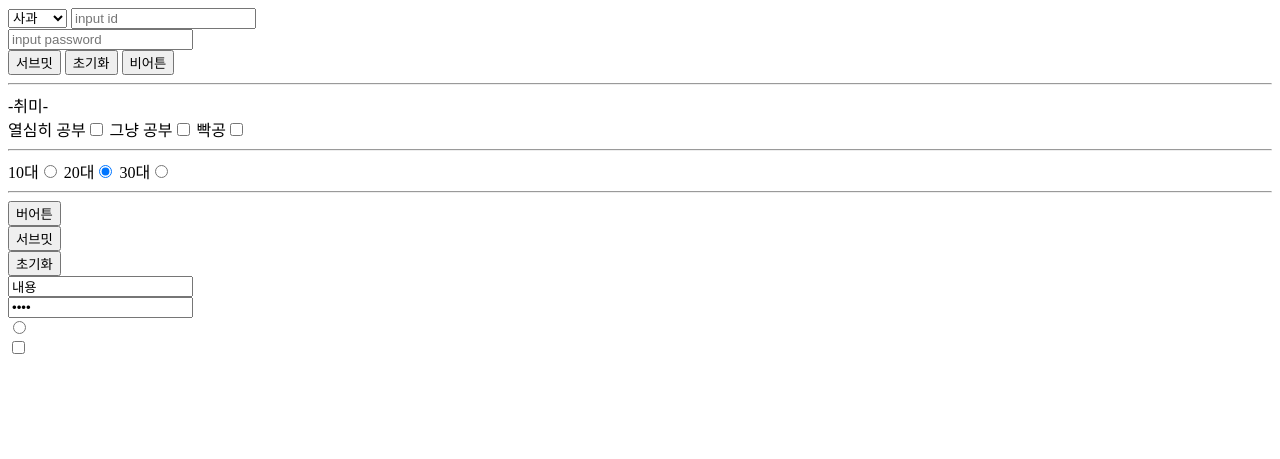
Repository: jwlee0714/HTML
Page: html/day02.html
An editor plug-in stored every save of this project. The page is shown before and after the next save, followed by the edit.
The browser window is 1280 px wide. The pictures show the whole page.

Above is the page before, as saved 2021-10-05 07:43:49.

### html/day02.html
<!DOCTYPE html>
<html>
<head>
<meta charset="UTF-8">
<title>Insert title here</title>
</head>
<body>

	<form action="day01.html" method="get">
		<select name ="select">
			<option value="p1">사과
			<option value="p2">바나나
			<option value="p3">배
		</select>
		<input type="text" name ="id" placeholder="input id"><br>
		<input type="password" name="pwd" placeholder="input password"><br>
		<input type="submit" value="서브밋">
		<input type="reset" value="초기화">
		<input type="button" value="비어튼">
	</form>

<hr>

-취미-<br>
열심히 공부<input type="checkbox">
그냥 공부<input type="checkbox">
빡공<input type="checkbox">

<hr>

10대<input type="radio" name="age">
20대<input type="radio" name="age" checked>
30대<input type="radio" name="age">

<hr>

	<input type="button" value="버어튼"><br>
	<input type="submit" value="서브밋"><br>
	<input type="reset" value="초기화"><br>
	<input type="text" value ="내용"><br>
	<input type="password" value="비밀번호"><br>
	<input type="radio"><br>
	<input type="checkbox"><br>


</body>
</html>

After the next save:
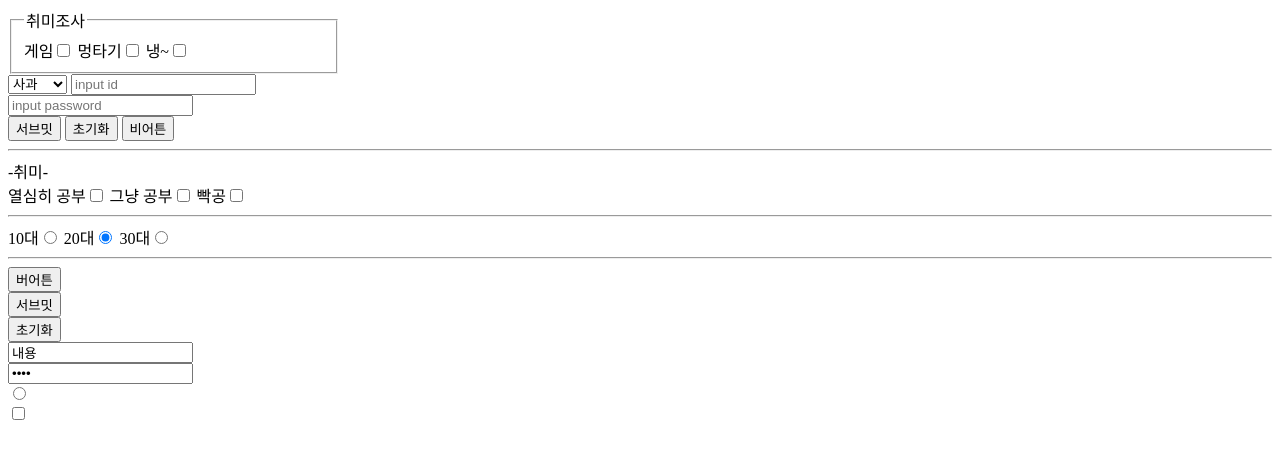
Saved 2 min 25 s later.
--- a/html/day02.html
+++ b/html/day02.html
@@ -5,6 +5,13 @@
 <title>Insert title here</title>
 </head>
 <body>
+
+	<fieldset style="width:300px;">
+		<legend>취미조사</legend>
+		게임<input type="checkbox">
+		멍타기<input type="checkbox">
+		냉~<input type="checkbox">
+	</fieldset>
 
 	<form action="day01.html" method="get">
 		<select name ="select">
